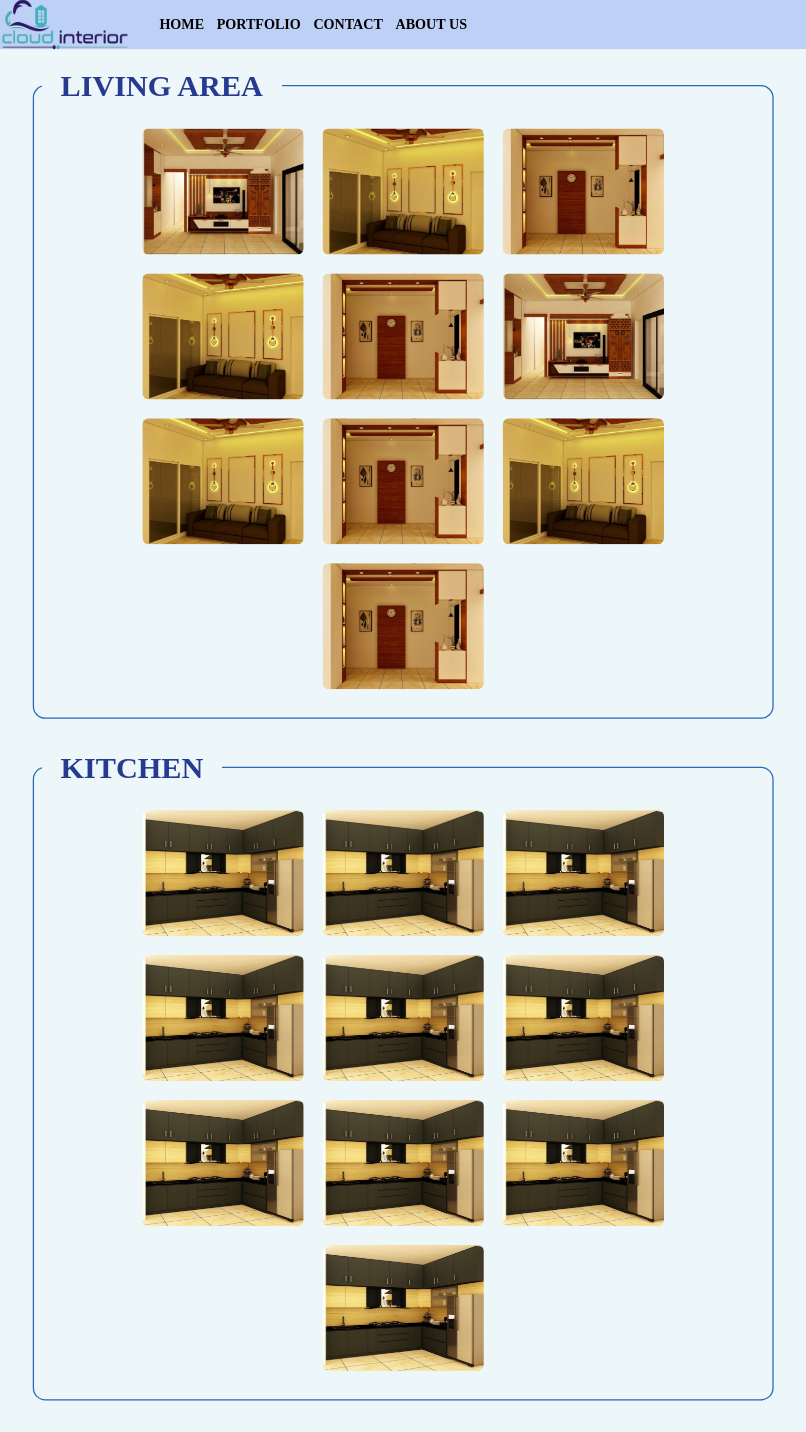
Repository: Ganavid/ganavidgowda.github.io
Page: cloud interior/gallery.html
An editor plug-in stored every save of this project. The page is shown before and after the next save, followed by the edit.
The browser window is 1280 px wide. The pictures show the whole page, at 63% of full size.

Above is the page before, as saved 2023-03-04 12:35:26.

### cloud interior/gallery.html
<!DOCTYPE html>
<html lang="en">

<head>
    <meta charset="UTF-8">
    <meta http-equiv="X-UA-Compatible" content="IE=edge">
    <meta name="viewport" content="width=device-width, initial-scale=1.0">
    <link rel="stylesheet" href="galery.css">
    <title>cloud</title>
</head>

<body>
    <nav id="navbar">
        <div id="logocnt">
            <img id="logo" src="Layer 2.png" alt="the company" width="100px" height="50px">
        </div>
        <ul id="contents">
            <li class="item">
                <a href="./‌index.html">HOME</a>
            </li>
            <!-- <li class="item">
            <a href="#SERVICES">SERVICES</a>
            </li> -->
            <li class="item">
                <a href="window.location.reload()">PORTFOLIO</a>
            </li>
            <li class="item">
                <a href="register.html">CONTACT</a>
            </li>
            <li class="item">
                <a href="about.html">ABOUT US</a>
            </li>
        </ul>
    </nav>

    <div class="container" >
        <fieldset>
        <!-- <div class="text"> -->
        <legend style="font-size: 300%;padding-left: 30px; padding-right: 30px;font-family: Montserrat;text-align:left;font-weight: bold;color: #263B8F;text-transform: capitalize;">LIVING AREA</legend>
        <!-- </div> -->
        <div class="subcontainer">
            <img class="images" src="h1.jpeg" alt="livingroom">

            <img class="images" src="h4.jpeg" alt="livingroom">
            <img class="images" src="h5.jpeg" alt="livingroom">
            <img class="images" src="h4.jpeg" alt="livingroom">
            <img class="images" src="h5.jpeg" alt="livingroom">
            <img class="images" src="h1.jpeg" alt="livingroom">

            <img class="images" src="h4.jpeg" alt="livingroom">
            <img class="images" src="h5.jpeg" alt="livingroom">
            <img class="images" src="h4.jpeg" alt="livingroom">
            <img class="images" src="h5.jpeg" alt="livingroom">
</fieldset>
        </div>

    </div>
    <div class="container">
        <fieldset>
        <!-- <div class="text"> -->
            <legend style="font-size: 300%;padding-left: 30px; padding-right: 30px; font-family: Montserrat;text-align:left;font-weight: bold;color: #263B8F;text-transform: capitalize;">KITCHEN</legend>
        <!-- </div> -->
        <div class="subcontainer">
            <img class="images" src="ki1.jpeg" alt="livingroom">
            <img class="images" src="ki1.jpeg" alt="livingroom">
            <img class="images" src="ki1.jpeg" alt="livingroom">
            <img class="images" src="ki1.jpeg" alt="livingroom">
            <img class="images" src="ki1.jpeg" alt="livingroom">
            <img class="images" src="ki1.jpeg" alt="livingroom">
            <img class="images" src="ki1.jpeg" alt="livingroom">
            <img class="images" src="ki1.jpeg" alt="livingroom">
            <img class="images" src="ki1.jpeg" alt="livingroom">
            <img class="images" src="ki1.jpeg" alt="livingroom">

        </div>
</fieldset>
    </div>
</body>

</html>

### cloud interior/galery.css
/* html{
    padding: 0px;
} */

body{
    margin: 0px;
    padding: 0px;
    border: 0px;
    /* padding-top: 13vh; */
    margin-top: 15vh;
    background-color: rgba(123, 190, 212, 0.13);
}


nav{
    display: flex;
    justify-content: left;
    background-color: #BDD0F5;
    padding: 3px;
    align-items: center;
    position: fixed;
    top: 0;
    width: 100vw;
    height: 10vh;
    min-height: 20px;
}

#logocnt{
    display: flex;
    flex-direction: row;
    margin:8px 0px 8px 0px;
    padding-top: 5px;
    padding-bottom: 5px;
}

#logo{
    height: 80px;
    width: 200px;
    margin:8px 0px 8px 0px;
    padding-top: 10px;
    padding-bottom: 10px;
}

#contents{
    display: flex;
    flex-direction: row;
    list-style: none;

}
#contents li{
    display: flex;
    flex-direction: row;
    list-style: none;
    margin: 0px 10px 0px 10px;

}


#contents li a{
    text-decoration: none;
    margin: 0xp 10px 0px 10px;
    color:white;
    font-family: ebrima;
    font-weight: bold;
    font-size: 140%;
    color: black;
}

fieldset{
    border:2px solid #2569B8;
    border-radius: 20px;
}

.container{
    display: flex;
    flex-direction: column;
    /* border: solid aqua; */
    /* border-radius: 20px; */
    margin: 50px;
    justify-items: center;
    height: max-content;

}


.text{
    text-align: center;
}

.subcontainer{
    display: flex;
    flex-wrap: wrap;
    justify-content: center;
    height: max-content;
    padding: 20px;
    overflow: wrap;


}
.images{
    /* object-fit: cover; */
    /* height: 200px;
    width: 250px;
    min-height: min-content; */
    min-height: 100px;
    max-height: 200px;
    min-width: 20vw;
    max-width: 30vh;
    padding: 5px;
    margin: 10px;
    border-radius: 15px;
}

After the next save:
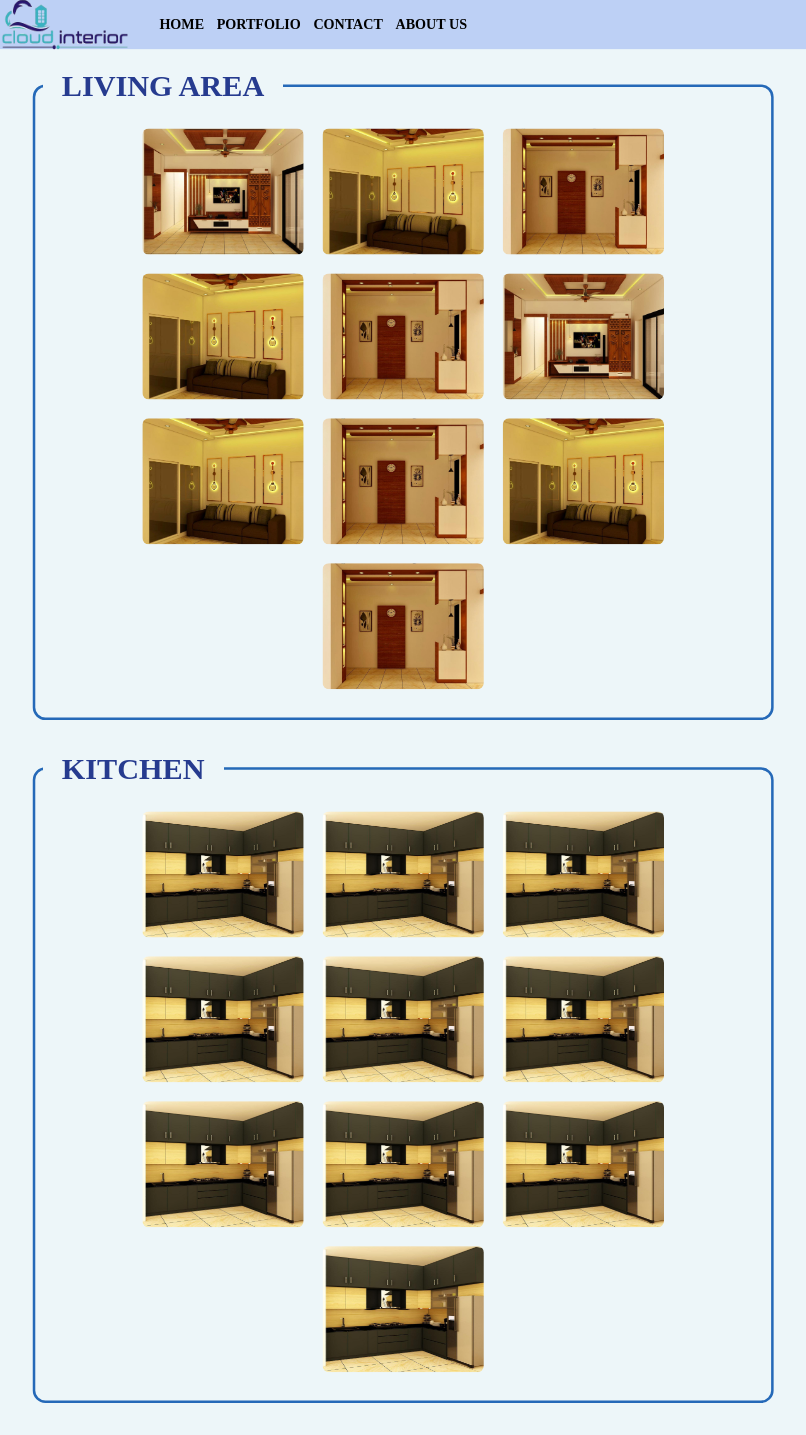
Saved 13 s later.
--- a/cloud interior/galery.css
+++ b/cloud interior/galery.css
@@ -67,7 +67,7 @@ nav{
 }
 
 fieldset{
-    border:2px solid #2569B8;
+    border:4px solid #2569B8;
     border-radius: 20px;
 }
 
